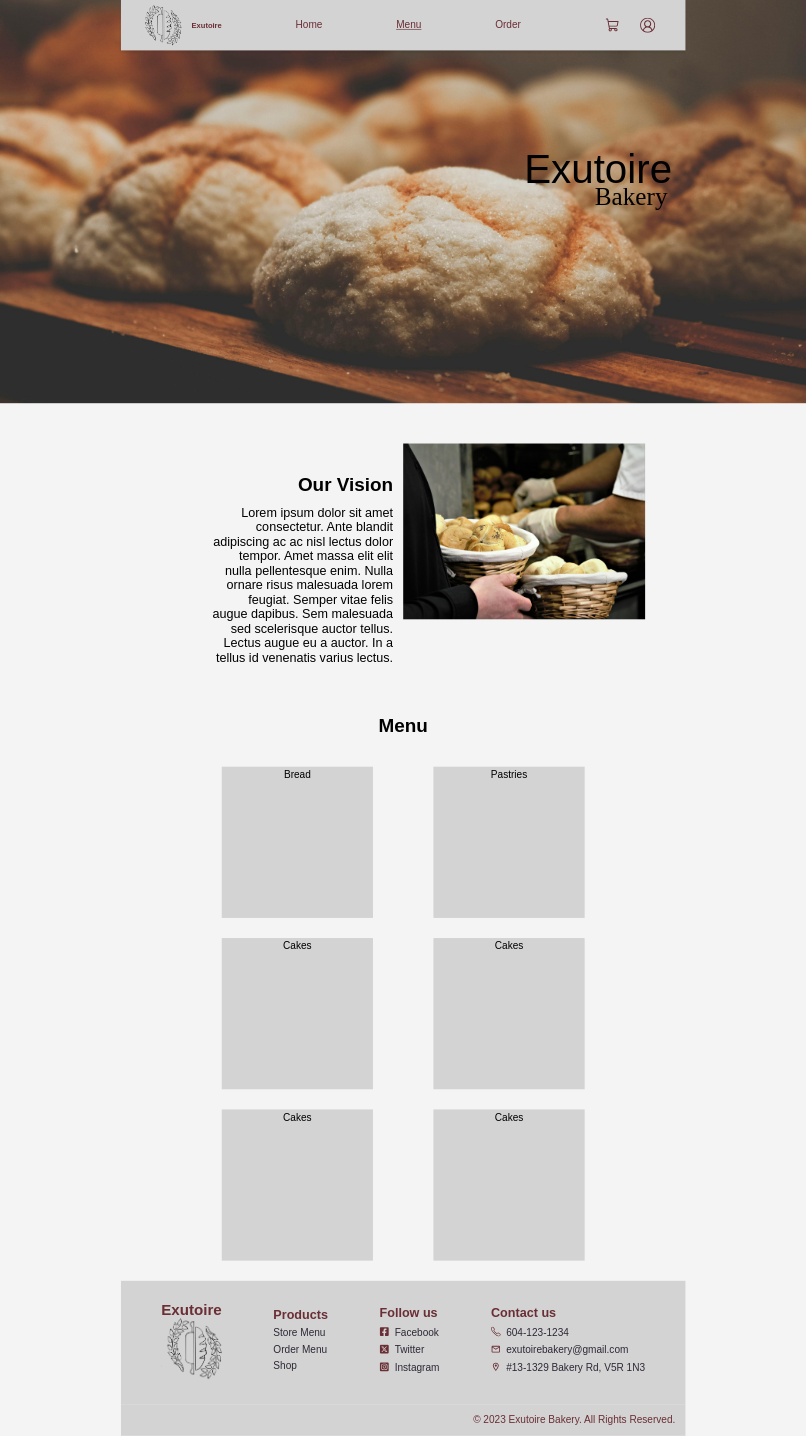
Repository: MelissaJacobi/COMP3170-final-proj
Page: /
These files come from the project's save history. The page is drawn as it stood at one moment and after the next save; the edit follows.
The browser window is 1280 px wide. The pictures show the whole page, at 63% of full size.
The project was rebuilt for these pictures with package versions that can differ from the ones it lists, and the page was loaded fresh each time. Also part of the build but not shown: vite.config.js.

Above is the page before, as saved 2024-10-05 18:07:51.

### src/main.tsx
import { StrictMode } from 'react'
import { createRoot } from 'react-dom/client'
import App from './App.tsx'
import './index.css'

 createRoot(document.getElementById('root')!).render(
   <StrictMode>
     <App />
   </StrictMode>,
 )

### src/App.tsx
import styles from  './App.module.css'
import Header from './components/Header'
import Footer from './components/Footer'
import Carousel from './components/Carousel'
import Vision from './components/Vision'
import MenuGallery from './components/MenuGallery'

function App() {

  return (
    <>
      <Carousel></Carousel>
      <div className={styles.appContainer}>
        <Header></Header>
        <div className={styles.filler}></div>
        <Vision></Vision>
        <MenuGallery></MenuGallery>
        <Footer></Footer>
      </div>
    </>
  )
}

export default App

### src/index.css
* {
  margin: 0;
  padding: 0;
  box-sizing: border-box;
}

body {
  font-family: Arial, sans-serif;
  line-height: 1.6;
  background-color: #f4f4f4;
}

:root {
  --primary-color: lightgrey;
  --secondary-color: lightblue;
  --accent-color: #6A2E35;
  --background-color: white;
  --text-color: #2E2836;
}

### src/App.module.css
.appContainer {
    width: 70%;
    height: 100%;
    margin: auto;
}

.filler {
    height: 35rem;
}

### src/components/Header.tsx
import styles from './Header.module.css'
import logo from "../assets/images/logo.png"
import { PiShoppingCart } from "react-icons/pi";
import { VscAccount } from "react-icons/vsc";

export default function Header() {

  return (
    <>
      <div className={styles.container}>
        <div>
            <img src={logo} alt="Logo" className={styles.logo}/>
            <p className={styles.siteTitle}>Exutoire</p>
        </div>
        <a className={styles.links}>Home</a>
        <a className={styles.links} href='./pages/menu'>Menu</a>
        <a className={styles.links}>Order</a>
        <div>
          <PiShoppingCart className={styles.icon}/>
          <VscAccount className={styles.icon}/>
        </div>
      </div>
    </>
  )
}

### src/components/Footer.tsx
import logo from "../assets/images/logo.png"
import styles from "./Footer.module.css"
import { FaFacebookSquare } from "react-icons/fa";
import { FaSquareXTwitter } from "react-icons/fa6";
import { FaInstagramSquare } from "react-icons/fa";
import { SlPhone } from "react-icons/sl";
import { MdOutlineMailOutline } from "react-icons/md";
import { MdOutlineLocationOn } from "react-icons/md";

export default function Footer() {

  return (
    <>
      <div className={styles.container}>
        <div>
            <p className={styles.siteTitle}>Exutoire</p>
            <img src={logo} alt="Logo" className={styles.logo}/>
        </div>
        <ul>
          <p>Products</p>
          <li>Store Menu</li>
          <li>Order Menu</li>
          <li>Shop</li>
        </ul>
        <ul>
          <p>Follow us</p>
          <li><FaFacebookSquare className={styles.socialIcon}/>Facebook</li>
          <li><FaSquareXTwitter className={styles.socialIcon}/>Twitter</li>
          <li><FaInstagramSquare className={styles.socialIcon}/>Instagram</li>
        </ul>
        <ul>
          <p>Contact us</p>
          <li><SlPhone  className={styles.socialIcon}/>604-123-1234</li>
          <li><MdOutlineMailOutline className={styles.socialIcon}/>exutoirebakery@gmail.com</li>
          <li><MdOutlineLocationOn className={styles.socialIcon}/>#13-1329 Bakery Rd, V5R 1N3</li>
        </ul>
      </div>
      <p className={styles.copywrite}>© 2023 Exutoire Bakery.  All Rights Reserved.</p>
    </>
  )
}

### src/components/Carousel.tsx
import styles from "./Carousel.module.css"
import banner from "../assets/images/banner.jpg"

function Carousel() {

  return (
    <>
        <h1 className={styles.header}>Exutoire</h1>
        <p className={styles.subtitle}>Bakery</p>
        <img src={banner} alt="banner image" className={styles.banner}></img>
    </>
  )
}

export default Carousel

### src/components/Vision.tsx
import styles from  './Vision.module.css'
import VisionImg from "../assets/images/VisionImg.jpg"

function Vision() {

  return (
    <>
        <div className={styles.vision}>
            <div className={styles.visionText}>
                <h2>Our Vision</h2>
                <p>Lorem ipsum dolor sit amet consectetur. Ante blandit adipiscing ac ac nisl lectus dolor tempor. Amet massa elit elit nulla pellentesque enim. Nulla ornare risus malesuada lorem feugiat. Semper vitae felis augue dapibus. Sem malesuada sed scelerisque auctor tellus. Lectus augue eu a auctor. In a tellus id venenatis varius lectus.</p>
            </div>
            <div className={styles.visionPic}>
                <img src={VisionImg} alt="Vision" className={styles.visionImg}/>
            </div>
        </div>
    </>
  )
}

export default Vision

### src/components/MenuGallery.tsx
import styles from  './MenuGallery.module.css'


export default function MenuGallery() {

  return (
    <>
    <div  className={styles.container}>
        <h2>Menu</h2>
        <div className={styles.gallery}>
            <div className={styles.galleryItem}>
                <p>Bread</p>
            </div>
            <div className={styles.galleryItem}>
                <p>Pastries</p>
            </div>
            <div className={styles.galleryItem}>
                <p>Cakes</p>
            </div>
            <div className={styles.galleryItem}>
                <p>Cakes</p>
            </div>
            <div className={styles.galleryItem}>
                <p>Cakes</p>
            </div>
            <div className={styles.galleryItem}>
                <p>Cakes</p>
            </div>
        </div>
    </div>

    </>
  )
}

### src/components/Header.module.css
.container {
    background-color: var(--primary-color);
    width: 100%;
    height: 5rem;
    display: flex;
    align-items: center;
    justify-content: space-between;
    padding: 2rem;
    position: sticky;
    top: 0;
    z-index: 1000;
    box-shadow: 0 2px 4px rgba(0, 0, 0, 0.1);
}

.logo {
    height: 4rem;
    width: 4rem;
}

.siteTitle {
    font-size: 12px;
    font-style: normal;
    font-weight: 700;
    line-height: normal;
    margin-left: 1rem;
    color: var(--accent-color)
}

.container div {
    display: flex;
    align-items: center;
}

.links {
    font-size: 16px;
    font-style: normal;
    font-weight: 400;
    line-height: normal;
    color: var(--accent-color)
}

.icon {
    height: 1.5rem;
    width: 1.5rem;
    margin: 1rem;
    color: var(--accent-color)
}

### src/components/Footer.module.css
.container {
    background-color: var(--primary-color);
    height: 100%;
    width: 100%;
    display: flex;
    align-items: center;
    justify-content: space-between;
    padding: 2rem 4rem;
}

.container div{
    text-align: center;
}

.logo {
    width: 6rem;
    height: 6rem;
}

.siteTitle {
    font-size: 24px;
    font-style: normal;
    font-weight: 700;
    line-height: normal;
    color: var(--accent-color)
}

.container ul p {
    color: var(--accent-color);
    font-size: 20px;
    font-style: normal;
    font-weight: 700;
    line-height: normal;
}

.container ul li {
    font-size: 16px;
    font-style: normal;
    font-weight: 400;
    line-height: normal;
    margin: 0.5rem 0rem;
    padding: 0;
    list-style-type: none;
    color: var(--text-color)
}

.socialIcon {
    transform: translateY(0.1rem);
    color: var(--accent-color);
    margin-right: 0.5rem;
}

.copywrite {
    width: 100%;
    text-align: right;
    padding: 1rem;
    font-size: 16px;
    font-style: normal;
    font-weight: 400;
    line-height: normal;
    color: var(--accent-color);
    background-color: var(--primary-color);
}

### src/components/Carousel.module.css
.banner {
    width: 100%;
    height: 40rem;
    background-color: var(--secondary-color);
    position: absolute;
    object-fit: cover;
}

.header {
    position: absolute;
    top: 50%;
    left: 50%;
    transform: translate(12rem, -8rem);
    z-index: 1000;
    font-size: 64px;
    font-style: normal;
    font-weight: 400;
    line-height: normal;
}

.subtitle {
    color: var(--Black, #000);
    font-family: "Inria Sans";
    font-size: 40px;
    font-style: normal;
    font-weight: 400;
    line-height: normal;
    top: 50%;
    left: 50%;
    transform: translate(19rem, -4.5rem);
    z-index: 999;
    position: absolute;
}

### src/components/Vision.module.css
.vision {
    width: 100%;
    display: flex;
    padding: 4rem;
}

.visionText {
    width: 50%;
    height: 100%;
    padding: 1rem;
}

.visionText h2 {
    font-size: 30px;
    font-style: normal;
    font-weight: 700;
    line-height: normal;
    text-align: right;
    margin: 2rem 0 1rem 0;
}

.vision p {
    text-align: right;
    padding-left: 4rem;
    font-size: 20px;
    font-style: normal;
    font-weight: 300;
    line-height: normal;
}

.visionPic {
    width: 50%;
    height: 100%;
}

.visionImg {
    width: 100%;
}

### src/components/MenuGallery.module.css
.container {
    display: flex;
    flex-direction: column;
    align-items: center;
    justify-content: center;
    height: 100%;
}

h2 {
    font-size: 30px;
    font-style: normal;
    font-weight: 700;
    line-height: normal;
    text-align: center;
    margin: 0;
}

.gallery {
    width: 100%;
    margin-top: 1rem;
    display: flex;
    justify-content: space-around;
    flex-wrap: wrap;
    height: 100%;
    padding: 1rem 7rem;
}

.galleryItem {
    height: 15rem;
    width: 15rem;
    background-color: var(--primary-color);
    display: flex;
    justify-content: center;
    margin: 1rem;
}

Loaded but not shown: index.html (common file)

After the next save:
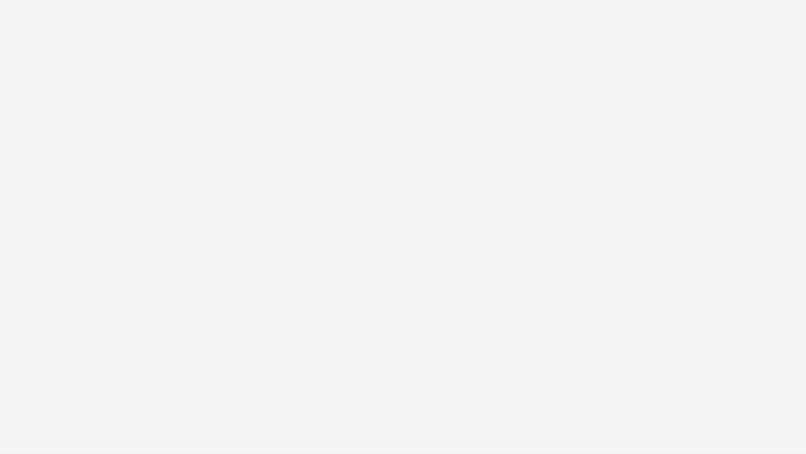
Console error (its wording comes from the project's code and is left out).
Saved 2 min 55 s later.
--- a/src/components/Header.tsx
+++ b/src/components/Header.tsx
@@ -2,24 +2,31 @@ import styles from './Header.module.css'
 import logo from "../assets/images/logo.png"
 import { PiShoppingCart } from "react-icons/pi";
 import { VscAccount } from "react-icons/vsc";
+import { BrowserRouter as Router, Route, Routes } from 'react-router-dom';
 
 export default function Header() {
 
   return (
     <>
+    <Router>
       <div className={styles.container}>
         <div>
             <img src={logo} alt="Logo" className={styles.logo}/>
             <p className={styles.siteTitle}>Exutoire</p>
         </div>
-        <a className={styles.links}>Home</a>
-        <a className={styles.links} href='./pages/menu'>Menu</a>
-        <a className={styles.links}>Order</a>
+        <Routes>
+          <Route path="/" className={styles.links}>Home</Route>
+          <Route path="/menu" className={styles.links} href='./pages/menu'>Menu</Route>
+          <a className={styles.links}>Order</a>
+        </Routes>
+
         <div>
           <PiShoppingCart className={styles.icon}/>
           <VscAccount className={styles.icon}/>
         </div>
       </div>
+    </Router>
+
     </>
   )
 }

After the save that followed:
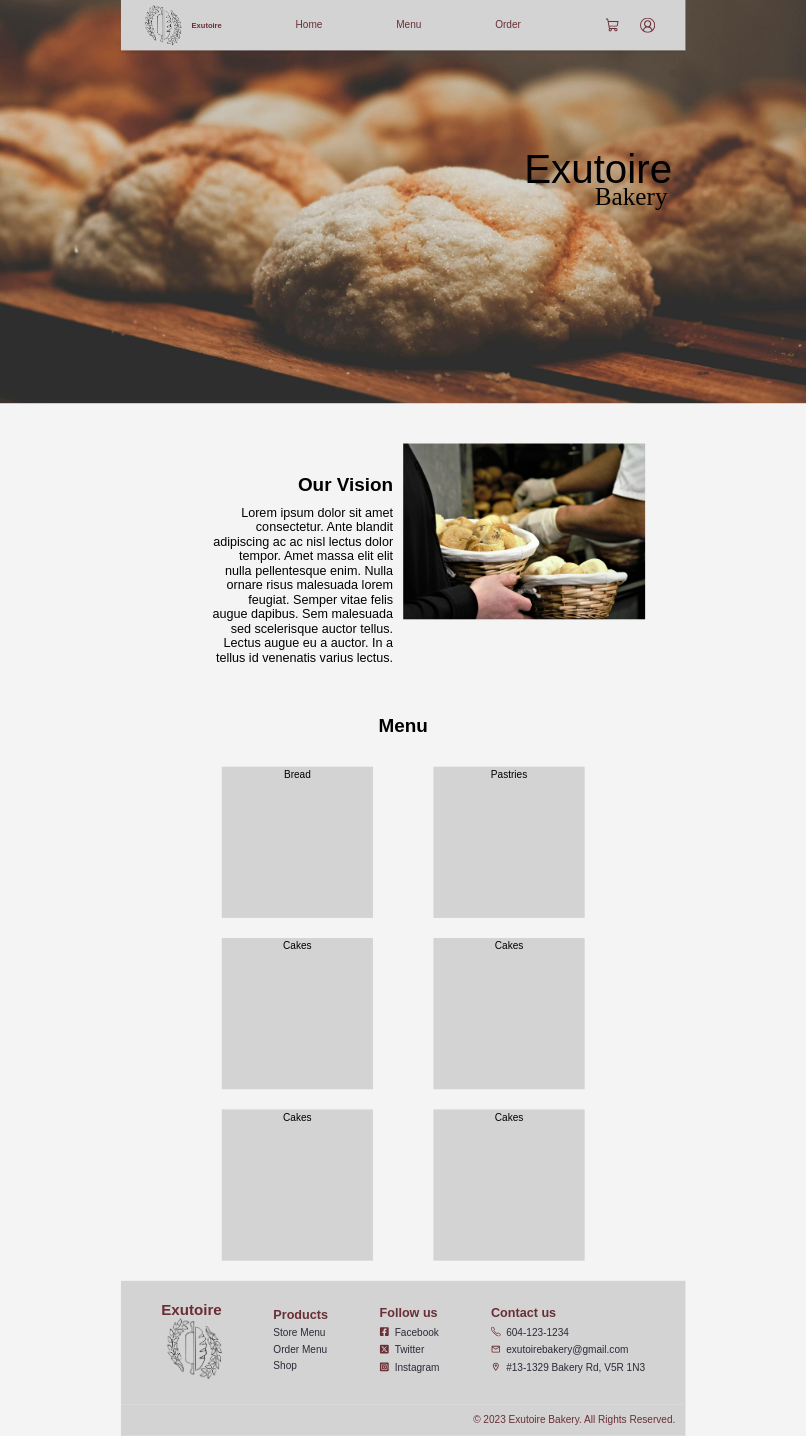
The error is gone.
Saved 3 min 41 s later.
--- a/src/components/Header.tsx
+++ b/src/components/Header.tsx
@@ -2,31 +2,24 @@ import styles from './Header.module.css'
 import logo from "../assets/images/logo.png"
 import { PiShoppingCart } from "react-icons/pi";
 import { VscAccount } from "react-icons/vsc";
-import { BrowserRouter as Router, Route, Routes } from 'react-router-dom';
 
 export default function Header() {
 
   return (
     <>
-    <Router>
       <div className={styles.container}>
         <div>
             <img src={logo} alt="Logo" className={styles.logo}/>
             <p className={styles.siteTitle}>Exutoire</p>
         </div>
-        <Routes>
-          <Route path="/" className={styles.links}>Home</Route>
-          <Route path="/menu" className={styles.links} href='./pages/menu'>Menu</Route>
-          <a className={styles.links}>Order</a>
-        </Routes>
-
+        <a className={styles.links}>Home</a>
+        <a className={styles.links}>Menu</a>
+        <a className={styles.links}>Order</a>
         <div>
           <PiShoppingCart className={styles.icon}/>
           <VscAccount className={styles.icon}/>
         </div>
       </div>
-    </Router>
-
     </>
   )
 }
